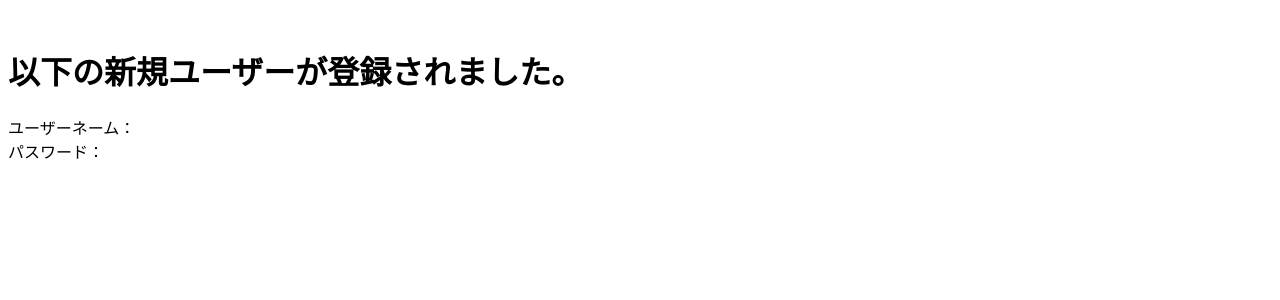
Repository: MurayamaMura/WebProj
Page: http://localhost/WebProj3/test.jsp
The author's editor kept a copy of each file at every save. The page is drawn from the files as they stood at one save, then again after the next save.
The browser window is 1280 px wide. The pictures show the whole page.
The page is served by Tomcat 9. Other server files are loaded and not shown.

Above is the page before, as saved 2018-06-08 11:01:03.

### WebProj3/WebContent/test.jsp
<%@ page language="java" contentType="text/html; charset=UTF-8" pageEncoding="UTF-8"%>
<%@ taglib prefix="s" uri="/struts-tags" %>
<!DOCTYPE html>
<html>
<head>
<meta charset="UTF-8">
<title>マイクのTEST</title>
</head>
<body>
<br>
<h1>以下の新規ユーザーが登録されました。</h1>
ユーザーネーム：<s:property value="username"/>
<br>
パスワード：<s:property value="password"/>

</body>
</html>

After the next save:
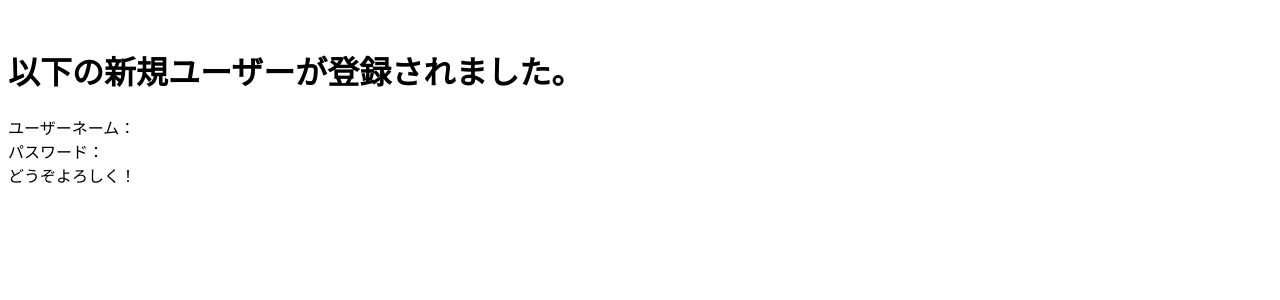
Saved 51 s later.
--- a/WebProj3/WebContent/test.jsp
+++ b/WebProj3/WebContent/test.jsp
@@ -12,6 +12,7 @@
 ユーザーネーム：<s:property value="username"/>
 <br>
 パスワード：<s:property value="password"/>
-
+<br>
+どうぞよろしく！
 </body>
 </html>
